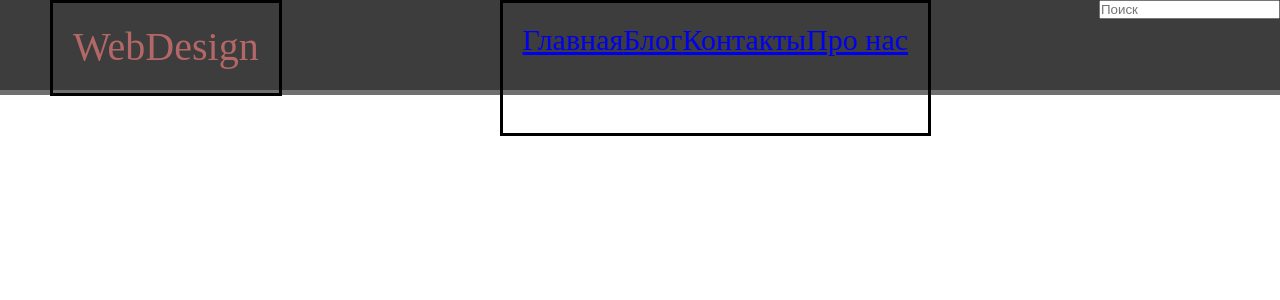
Repository: andbaik/Itprog
Page: index.htm
These files come from the project's save history. The page is drawn as it stood at one moment and after a run of saves; the edit follows.
The browser window is 1280 px wide. The pictures show the whole page.

Above is the page before, as saved 2021-01-19 16:07:43.

### index.htm
<!DOCTYPE html>
<html lang="en">
<head>
    <meta charset="UTF-8">
    <meta name="viewport" content="width=device-width, initial-scale=1.0">
    <link rel="stylesheet" href="css/style.css">
    <title>Моя страница</title>
</head>
<body>
    <div class="header">
        <div class="logo">
            <a href="#">WebDesign</a>
        </div>
        <div class="nav">
                <ul>
                    <li><a href="#">Главная</a></li>
                    <li><a href="#">Блог</a></li>
                    <li><a href="#">Контакты</a></li>
                    <li><a href="#">Про нас</a></li>
                </ul>
        </div>
        <div class="search">
            <form action="" method="POST" id="search" name="search">
                <input type="text" placeholder="Поиск">
            </form>
        </div>
    </div>
</body>
</html>

### css/style.css
* {
    margin: 0;
    padding: 0;
}

.header {
    display: flex;
    vertical-align: center;
    width: 100%;
    height: 90px;
    background-color: #3D3D3D;
    border-bottom: 5px solid #6F6F6F;

}
.logo {
    height: 50px;
    weight: 150px;
    margin: 0px 50px;
    padding: 20px;
    border: 3px solid black;
    vertical-align: center;
}
.logo a{
    color: #B36767;
    text-decoration: none;
    text-align: center;
    font-size: 40px;


}
.nav {
    height: 100%;
    width: auto;
    padding: 20px;
    margin: 0 auto;
    border: 3px solid black;
}

li{
    color: #fff;
    font-size: 30px;
    list-style-type: none;
    text-decoration: none;
}

.header ul {
    display: flex;
}

After the next 4 saves:
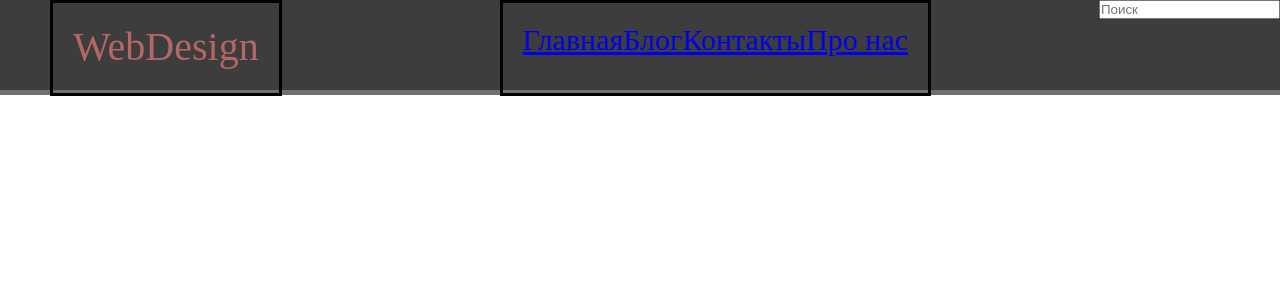
The 4 saves are shown as one change because they came seconds apart.
The last was saved 24 s later.
--- a/css/style.css
+++ b/css/style.css
@@ -29,7 +29,7 @@
 
 }
 .nav {
-    height: 100%;
+    height: 50px;
     width: auto;
     padding: 20px;
     margin: 0 auto;
